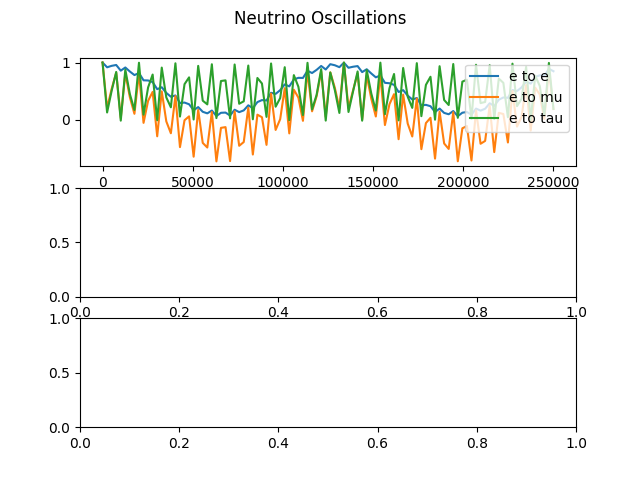
Repository: MichaelCullen2011/QuantumAndNeutrinos
Script's output: python neutrinos.py
The author's editor kept a copy of each file at every save. The script's output is drawn from the files as they stood at one save, then again after the next save.
Random numbers start from a fixed seed.

Above is the script's output before, as saved 2021-06-02 16:37:34.

### neutrinos.py
import numpy as np
import matplotlib.pyplot as plt


'''
To Do           - tau interactions
                - clean up constant variables into dicts or lists
'''


'''
Variables and Constants
'''
# # Constants
# Mass difference squared between two flavour states
delta_m_sq = {'eu': 7.53e-5, 'tu': 2.44e-3, 'te': 2.44e-3, 'ue': 7.53e-5, 'ut': 2.44e-3, 'et': 2.44e-3}     # eV**2
delta_m_e_mu_sq = 7.53e-5      # eV**2
delta_m_tau_mu_sq = 2.44e-3    # eV**2  # can be +ve or -ve
delta_m_tau_e_sq = 2.44e-3     # eV**2  # can be +ve or -ve
delta_m_mu_e_sq = delta_m_e_mu_sq      # eV**2
delta_m_mu_tau_sq = delta_m_tau_mu_sq    # can be +ve or -ve
delta_m_e_tau_sq = delta_m_tau_e_sq     # eV**2

# Angle between flavour states
sin_q_theta = {'eu': 0.846, 'tu': 0.92, 'te': 0.093, 'ue': 0.846, 'ut': 0.92, 'et': 0.093}
sin_sq_theta_e_tau = 0.093
sin_sq_theta_e_mu = 0.846
sin_sq_theta_mu_tau = 0.92      # actually > 0.92 but it varies on atmospheric values
sin_sq_theta_mu_e = sin_sq_theta_e_mu
sin_sq_theta_tau_e = sin_sq_theta_e_tau
sin_sq_theta_tau_mu = sin_sq_theta_mu_tau

G_f = 1.1663787e-5         # GeV-2
sin_sq_theta_w = 0.22290        # Weinberg angle
m_e = 0.511 * 1e-3     # GeV c-2
m_u = 105 * 1e-3       # GeV c-2
sigma_naught = 1.72e-45         # m**2 / GeV

# # Variables
m_out = 10       # reactant mass out (electrons, muons etc)
m_in = 1000        # reactant mass in (electrons, muons etc)
E_v = 100     # Neutrino energy
L = 10       # distance oscillating (for oscillation)
E = E_v     # Neutrino beam energy
d = 10       # distance travelled (for decoherence)



'''
Oscillation Probabilities   -   p_oscill = (np.sin(2 * theta))**2 * (np.sin((delta_m_sq * L) / (4 * E)))**2
'''
class Oscillations:
    def __init__(self, distance):
        self.prob_list = {
            'eu': [], 'et': [],
            'ue': [], 'ut': [],
            'te': [], 'tu': [],
            'ee': [], 'uu': [],     # do these last as theyre calculated based on the previously calculated
            'tt': [],
        }

        self.prob_reduced = {
            'e': [],
            'u': [],
            't': []
        }

        self.prob_neut = []

        self.max_points = 100      # Number of points
        E = 4      # GeV
        self.L = distance    # Km
        self.x_range = np.linspace(0, self.L / E, self.max_points)
        theta_range = np.linspace(0, 2 * np.pi, self.max_points)

    def calculate(self):
        for x in self.x_range:
            # print(f"Calculated Probability of {self.max_points}")
            for change in self.prob_list.keys():
                if change not in ['ee', 'uu', 'tt']:
                    self.prob_list[change].append(Oscillations.prob(self, flavours=change, x=x))
            self.prob_list['ee'].append(1 - (self.prob_list['eu'][-1] + self.prob_list['et'][-1]))
            self.prob_list['uu'].append(1 - (self.prob_list['ue'][-1] + self.prob_list['ut'][-1]))
            self.prob_list['tt'].append(1 - (self.prob_list['te'][-1] + self.prob_list['tu'][-1]))

        self.prob_reduced['e'] = [self.prob_list['ee'], self.prob_list['eu'], self.prob_list['et']]
        self.prob_reduced['u'] = [self.prob_list['uu'], self.prob_list['ue'], self.prob_list['ut']]
        self.prob_reduced['t'] = [self.prob_list['tt'], self.prob_list['te'], self.prob_list['tu']]
        Oscillations.plot(self)

    def plot(self):
        fig, axs = plt.subplots(3)
        fig.suptitle('Neutrino Oscillations')

        n = 0
        for probs in self.prob_reduced.values():
            axs[n].plot(self.x_range, probs[n])
            if n == 0:
                axs[n].legend(['e to e', 'e to mu', 'e to tau'], loc=1)
            elif n == 1:
                axs[n].legend(['mu to mu', 'mu to e', 'mu to tau'], loc=1)
            elif n == 2:
                axs[n].legend(['tau to tau', 'tau to e', 'tau to mu'], loc=1)


            # if n == 1:
            #     for p in probs:
            #         axs[n].plot(self.x_range, p)
            #         axs[n].legend(['mu to mu', 'mu to e', 'mu to tau'], loc=1)
            # if n == 2:
            #     for p in probs:
            #         axs[n].plot(self.x_range, p)
            #         axs[n].legend(['tau to tau', 'tau to e', 'tau to mu'], loc=1)

        # for initial_flavours, probs in self.prob_reduced.items():
        #     axs[n].plot(self.x_range, probs[0], '-')
        #     axs[n].plot(self.x_range, probs[1], '-')
        #     axs[n].plot(self.x_range, probs[2], '-')
        # plt.legend(self.prob_reduced.keys())
        # plt.legend(self.prob_neut.keys())
        plt.show()

    def prob(self, flavours, x):
        if flavours == 'eu':
            prob = sin_sq_theta_e_mu * np.square(np.sin(1.27 * delta_m_e_mu_sq * x / 4))
        elif flavours == 'et':
            prob = sin_sq_theta_e_tau * np.square(np.sin(1.27 * delta_m_e_tau_sq * x / 4))
        elif flavours == 'ue':
            prob = sin_sq_theta_e_mu * np.square(np.sin(1.27 * delta_m_mu_e_sq * x / 4))
        elif flavours == 'ut':
            prob = sin_sq_theta_mu_tau * np.square(np.sin(1.27 * delta_m_mu_tau_sq * x / 4))
        elif flavours == 'te':
            prob = sin_sq_theta_tau_e * np.square(np.sin(1.27 * delta_m_tau_e_sq * x / 4))
        elif flavours == 'tu':
            prob = sin_sq_theta_tau_mu * np.square(np.sin(1.27 * delta_m_tau_mu_sq * x / 4))
        return prob



'''
Cross Sections
'''
class CrossSections:
    def __init__(self, energy, lepton):
        E_v = energy
        sigma_naught = 1.72e-45

        s_e = sigma_naught * np.pi / G_f**2
        s_u = s_e * (m_u / m_e)

        sigma_naught_e = (2 * m_e * G_f**2 * E_v) / np.pi
        sigma_naught_u = (2 * m_u * G_f**2 * E_v) / np.pi

        if lepton == 'e':
            sigma_naught = sigma_naught_e
            self.cs_without_ms = {'e_e': [], 'E_E': [], 'E_U': [], 'u_e': [], 'u_u': [], 'U_U': []}
            self.cs_with_ms = {'e_e': [], 'E_E': [], 'E_U': [], 'u_e': [], 'u_u': [], 'U_U': []}

        elif lepton == 'u':
            sigma_naught = sigma_naught_u
            self.cs_without_ms = {'e_e': [], 'E_E': [], 'U_E': [], 'e_u': [], 'u_u': [], 'U_U': []}
            self.cs_with_ms = {'e_e': [], 'E_E': [], 'U_E': [], 'e_u': [], 'u_u': [], 'U_U': []}

        for flavour in self.cs_without_ms.keys():
            cs = CrossSections.neutrino_and_electron(self, flavour=flavour) * energy * sigma_naught
            self.cs_without_ms[flavour].append(cs)
            self.cs_with_ms[flavour].append(
                cs * energy * sigma_naught *
                CrossSections.mass_suppression(
                    self, flavour, energy=energy, reaction_lepton=lepton
                )
            )

    def neutrino_and_electron(self, flavour):
        if flavour == 'e_e':
            cs = 0.25 + sin_sq_theta_w + (4 / 3) * np.square(sin_sq_theta_w)
        elif flavour == 'E_E':
            cs = (1 / 12) + 1 / 3 * (sin_sq_theta_w + 4 / 3 * np.square(sin_sq_theta_w))
        elif flavour == 'E_U' or flavour == 'U_E':
            cs = 1 / 3
        elif flavour == 'u_e' or flavour == 'e_u':
            cs = 1
        elif flavour == 'u_u':
            cs = 1 / 4 - sin_sq_theta_w + 4 / 3 * np.square(sin_sq_theta_w)
        elif flavour == 'U_U':
            cs = 1 / 12 - 1 / 3 * sin_sq_theta_w + 4 / 3 * np.square(sin_sq_theta_w)
        return cs

    def mass_suppression(self, flavour, energy, reaction_lepton='e'):
        m_E = m_e
        m_U = m_u
        if reaction_lepton == 'e':
            m_in = m_e
        elif reaction_lepton == 'u':
            m_in = m_u

        if flavour == 'e_e':
            zeta = 1 - ((m_e ** 2) / (m_in ** 2 + 2 * m_in * energy))
        elif flavour == 'E_E':
            zeta = 1 - ((m_e ** 2) / (m_in ** 2 + 2 * m_in * energy))
        elif flavour == 'E_U':
            zeta = 1 - ((m_u ** 2) / (m_in ** 2 + 2 * m_in * energy))
        elif flavour == 'u_e':
            zeta = 1 - ((m_u ** 2) / (m_in ** 2 + 2 * m_in * energy))
        elif flavour == 'u_u':
            zeta = 1 - ((m_e ** 2) / (m_in ** 2 + 2 * m_in * energy))
        elif flavour == 'U_U':
            zeta = 1 - ((m_e ** 2) / (m_in ** 2 + 2 * m_in * energy))
        # neutrino-muon specific reactions
        elif flavour == 'U_E':
            zeta = 1 - ((m_e ** 2) / (m_in ** 2 + 2 * m_in * energy))
        elif flavour == 'e_u':
            zeta = 1 - ((m_e ** 2) / (m_in ** 2 + 2 * m_in * energy))
        return zeta



'''
Wave Functions (for plotting)
'''
class WaveFunctions:
    def __init__(self, accuracy):
        phi = np.linspace(0, np.pi, accuracy)
        theta = np.linspace(0, 2 * np.pi, 20)
        prob_at_detector = {'e_e': [], 'e_mu': [], 'e_tau': [],
                            'mu_mu': [], 'mu_e': [], 'mu_tau': [],
                            'tau_tau': [], 'tau_e': [], 'tau_mu': []}
        flavour_list = ['e_e', 'e_mu', 'e_tau', 'mu_mu', 'mu_e', 'mu_tau', 'tau_tau', 'tau_e', 'tau_mu']
        detector_1 = {'e_e': [], 'e_mu': [], 'e_tau': [],
                      'mu_mu': [], 'mu_e': [], 'mu_tau': [],
                      'tau_tau': [], 'tau_e': [], 'tau_mu': []}
        detector_2 = {'e_e': [], 'e_mu': [], 'e_tau': [],
                      'mu_mu': [], 'mu_e': [], 'mu_tau': [],
                      'tau_tau': [], 'tau_e': [], 'tau_mu': []}

        for flavour_change in flavour_list:
            for phi_value in phi:
                prob_at_detector[flavour_change].append(WaveFunctions.prob(self, flavour=flavour_change, phi=phi_value))

            for tuple in prob_at_detector[flavour_change]:
                detector_1[flavour_change].append(tuple[0])
                detector_2[flavour_change].append(tuple[0])

        fig1 = plt.figure()
        fig2 = plt.figure()
        ax1 = fig1.add_subplot(111)
        ax2 = fig2.add_subplot(111)
        ax1.title.set_text('Detector 1 Probabilities')
        ax2.title.set_text('Detector 2 Probabilities')

        ax1.set_xticks(ticks=np.linspace(start=0, stop=2 * np.pi, num=int(accuracy)))
        ax1.set_yticks(ticks=np.linspace(0, 1, num=5))
        ax2.set_xticks(ticks=np.linspace(start=0, stop=2 * np.pi, num=int(accuracy)))
        ax2.set_yticks(ticks=np.linspace(0, 1, num=5))


        for prob_list in detector_1.values():
            #print(prob_list)
            ax1.plot(phi, prob_list, '--', linewidth=1)

        for prob_list in detector_2.values():
            #print(prob_list)
            ax2.plot(phi, prob_list, '--', linewidth=1)

        ax1.legend(flavour_list, loc=1)
        ax2.legend(flavour_list, loc=1)

    def prob(self, flavour, phi):
        order_tau_d_same = 1
        order_tau_d_change = 1 / 3
        if flavour == 'e_e':
            prob_f1 = 1
            prob_f2 = 0
        elif flavour == 'e_mu':
            prob_f1 = 1 - (np.sqrt(sin_sq_theta_e_tau) / 2) * (1 - order_tau_d_change * np.cos(phi))
            prob_f2 = (np.sqrt(sin_sq_theta_e_tau) / 2) * (1 - order_tau_d_change * np.cos(phi))
        elif flavour == 'e_tau':
            prob_f1 = 1 - (np.sqrt(sin_sq_theta_e_tau) / 2) * (1 - order_tau_d_change * np.cos(phi))
            prob_f2 = (np.sqrt(sin_sq_theta_e_tau) / 2) * (1 - order_tau_d_change * np.cos(phi))
        if flavour == 'mu_mu':
            prob_f1 = 1
            prob_f2 = 0
        elif flavour == 'mu_e':
            prob_f1 = 1 - (np.sqrt(sin_sq_theta_e_mu) / 2) * (1 - order_tau_d_change * np.cos(phi))
            prob_f2 = (np.sqrt(sin_sq_theta_e_mu) / 2) * (1 - order_tau_d_change * np.cos(phi))
        elif flavour == 'mu_tau':
            prob_f1 = 1 - (np.sqrt(sin_sq_theta_mu_tau) / 2) * (1 - order_tau_d_change * np.cos(phi))
            prob_f2 = (np.sqrt(sin_sq_theta_mu_tau) / 2) * (1 - order_tau_d_change * np.cos(phi))
        if flavour == 'tau_tau':
            prob_f1 = 1
            prob_f2 = 0
        elif flavour == 'tau_e':
            prob_f1 = 1 - (np.sqrt(sin_sq_theta_tau_e) / 2) * (1 - order_tau_d_change * np.cos(phi))
            prob_f2 = (np.sqrt(sin_sq_theta_tau_e) / 2) * (1 - order_tau_d_change * np.cos(phi))
        elif flavour == 'tau_mu':
            prob_f1 = 1 - (np.sqrt(sin_sq_theta_tau_mu) / 2) * (1 - order_tau_d_change * np.cos(phi))
            prob_f2 = (np.sqrt(sin_sq_theta_tau_mu) / 2) * (1 - order_tau_d_change * np.cos(phi))
        return prob_f1, prob_f2



'''
Gates
'''
class Gates:
    def __init__(self, energy_list):
        self.energy_list = energy_list
        self.gate_energy_reactions = None
        self.leptons = {'e': [], 'u': []}       # currently only considering e and mu (no tau)
        self.all_values = {}

    def calculate(self):
        for energy in self.energy_list:
            for lepton in self.leptons.keys():
                # print(f'\n Cross Sections for Reactions with {lepton} at {energy} GeV:')
                self.leptons[lepton] = CrossSections(energy=energy, lepton=lepton)    # Energy in GeV

            gate_reactions = Gates.gate_cs(Gates.combine_cs(self))
            if self.gate_energy_reactions is None:      # checking if first time running this script
                self.gate_energy_reactions = gate_reactions
            else:
                for flavour, value in gate_reactions.items():
                    self.gate_energy_reactions[flavour].append(value[0])
            self.all_values[energy] = [values for values in gate_reactions.values()]
            print(f"Average Prob for {energy} GeV: ", np.average(self.all_values[energy]))
            if energy == self.energy_list[-1]:
                print(f"Neutrino-Lepton Gate Probabilities for {energy}GeV: \n {gate_reactions}")

        # plot
        Gates.plot_energies(self)
        plt.show()


    def combine_cs(self):
        all_cs = {'e_e': [], 'e_u': [], 'u_u': [], 'u_e': [], 'E_E': [], 'E_U': [], 'U_U': [], 'U_E': []}
        e_class = self.leptons['e']
        u_class = self.leptons['u']
        for all_reaction in all_cs.keys():
            for e_reaction, e_value in e_class.cs_without_ms.items():
                if e_reaction == all_reaction:
                    all_cs[all_reaction].append(e_value[0])
            for u_reaction, u_value in u_class.cs_without_ms.items():
                if u_reaction == all_reaction:
                    all_cs[all_reaction].append(u_value[0])

        for all_reaction, all_values in all_cs.items():
            if len(all_values) > 1:
                all_cs[all_reaction] = [(all_values[0] + all_values[1]) / 2]
        return all_cs


    @staticmethod
    def gate_cs(all_cs):
        # creates our final dict with the probabilities for all gate interactions
        single_reactions = ['e_e', 'e_u', 'u_u', 'u_e']
        single_reactions_anti = ['E_E', 'E_U', 'U_U', 'U_E']
        whole_reaction = []
        for first_reaction in single_reactions:
            for second_reaction in single_reactions:
                whole_reaction.append(first_reaction[0] + second_reaction[0] + '_' + first_reaction[2] + second_reaction[2])
        for first_reaction in single_reactions_anti:
            for second_reaction in single_reactions_anti:
                whole_reaction.append(first_reaction[0] + second_reaction[0] + '_' + first_reaction[2] + second_reaction[2])
        gate_reactions = {whole_keys: [] for whole_keys in whole_reaction}


        # reaction 1 is reaction_combined[0] + '_' + reaction_combined[3]
        # reaction 2 in reaction_combined[1] + '_' + reaction_combined[4]
        for reaction_combined in gate_reactions.keys():
            first_reaction = reaction_combined[0] + '_' + reaction_combined[3]
            second_reaction = reaction_combined[1] + '_' + reaction_combined[4]
            gate_reactions[reaction_combined] = [all_cs[first_reaction][0] * all_cs[second_reaction][0]]

        # for key, value in gate_reactions.items():
        #     print(f"{key}: {value}")
        return gate_reactions


    def plot_energies(self):
        for flavour, values in self.gate_energy_reactions.items():
            self.gate_energy_reactions[flavour] = [values, list(self.energy_list)]

        for flavour, values in self.gate_energy_reactions.items():
            plt.plot(values[1], values[0], '-')
        plt.title(f"Neutrino-Lepton Gate Cross-Sections for Energies: {int(min(self.energy_list))}GeV - {int(max(self.energy_list))}GeV")
        plt.legend(self.gate_energy_reactions.keys())



'''
Running
'''
Oscillations(distance=1e6).calculate()    # Prints oscillation probabilities for flavours given the distance it travels

# WaveFunctions(accuracy=20)      # Currently Broken. Doesnt plot correctly # Accuracy is the number of points within the range

# Gates(energy_list=np.linspace(1, 100, 10)).calculate()         # calculates and plots gate probabilities at various energies for different interactions

plt.show()

After the next save:
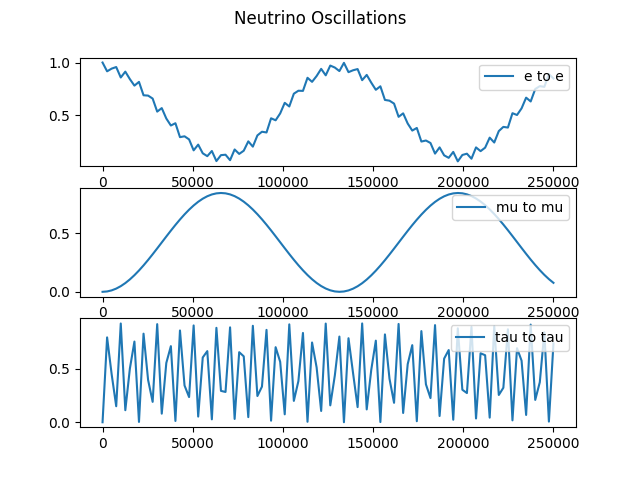
Saved 20 s later.
--- a/neutrinos.py
+++ b/neutrinos.py
@@ -101,6 +101,7 @@ class Oscillations:
                 axs[n].legend(['mu to mu', 'mu to e', 'mu to tau'], loc=1)
             elif n == 2:
                 axs[n].legend(['tau to tau', 'tau to e', 'tau to mu'], loc=1)
+            n += 1
 
 
             # if n == 1:
